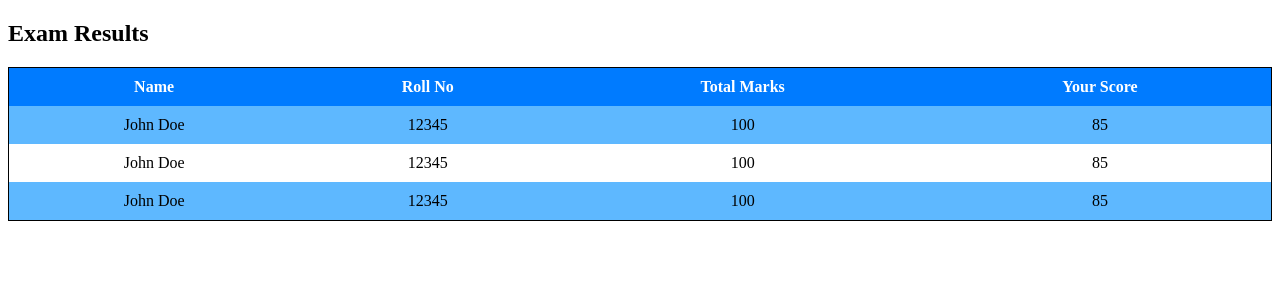
Repository: Buddhadip/ExamPortalApp_struts
Page: http://localhost/ExamWizard/WEB-INF/views/ExamResultPage.jsp
These files come from the project's save history. The page is drawn as it stood at one moment and after the next save; the edit follows.
The browser window is 1280 px wide. The pictures show the whole page.
The page is served by Tomcat 9. Nobody is signed in. The template is opened directly, without the code that normally fills it, so the values that code supplies are empty.

Above is the page before, as saved 2023-07-21 08:34:32.

After the next save:
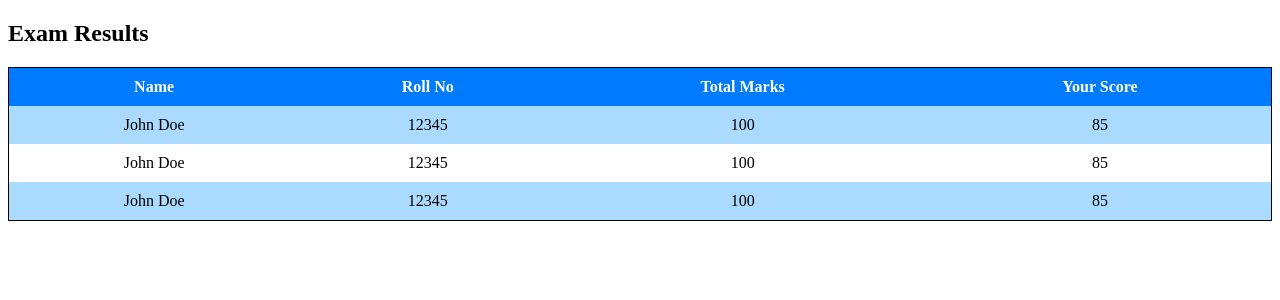
Saved 47 s later.
--- a/ExamWizard/src/main/webapp/public/styles/ExamResultPage.css
+++ b/ExamWizard/src/main/webapp/public/styles/ExamResultPage.css
@@ -17,7 +17,7 @@
 
 /* Styling for the table data (td) in even rows */
 .results-table tr:nth-child(even) td {
-    background-color: #5EB8FF; /* Skublue color */
+    background-color: #abdaff; /* Skublue color */
     padding: 10px;
     text-align: center;
 }
